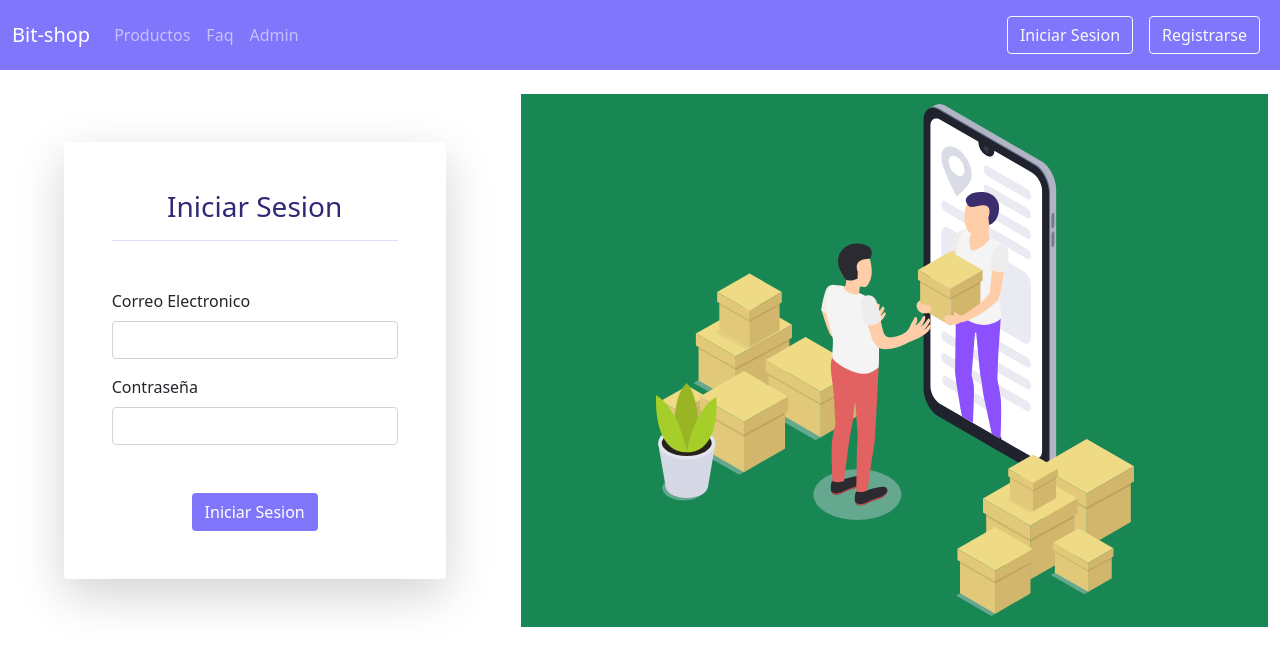
Repository: TzStrikerYT/myClassRoom
Page: /login (app in bit-shop-as/)
These files come from the project's save history. The page is drawn as it stood at one moment and after the next save; the edit follows.
The browser window is 1280 px wide. The pictures show the whole page.
The project was rebuilt for these pictures with package versions that can differ from the ones it lists, and the page was loaded fresh each time. Also part of the build but not shown: bit-shop-as/angular.json, bit-shop-as/src/app/components/home/home.component.ts, bit-shop-as/src/app/components/page404/page404.component.ts, bit-shop-as/src/app/components/register/register.component.ts.

Above is the page before, as saved 2022-02-25 20:43:22.

After the next save:
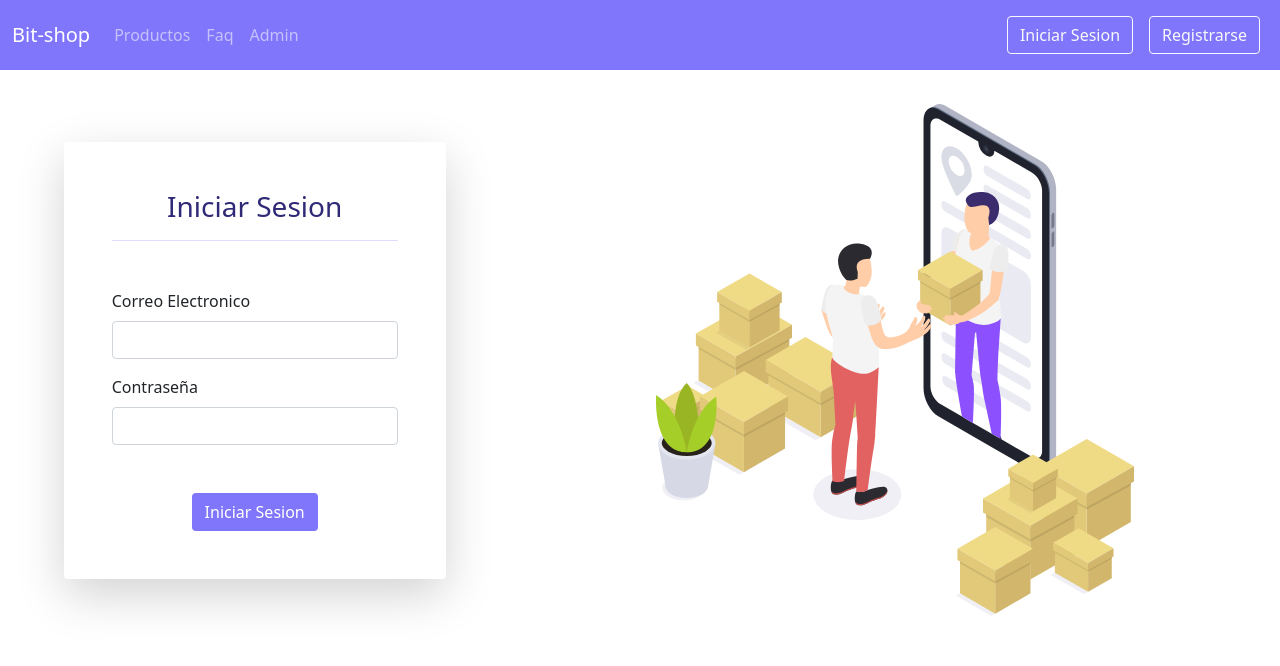
Saved 14 s later.
--- a/bit-shop-as/src/app/components/login/login.component.html
+++ b/bit-shop-as/src/app/components/login/login.component.html
@@ -26,7 +26,7 @@
 
         </div>
 
-        <div class="col-lg-7 bg-success bg-image">
+        <div class="col-lg-7 bg-image">
 
         </div>
 
